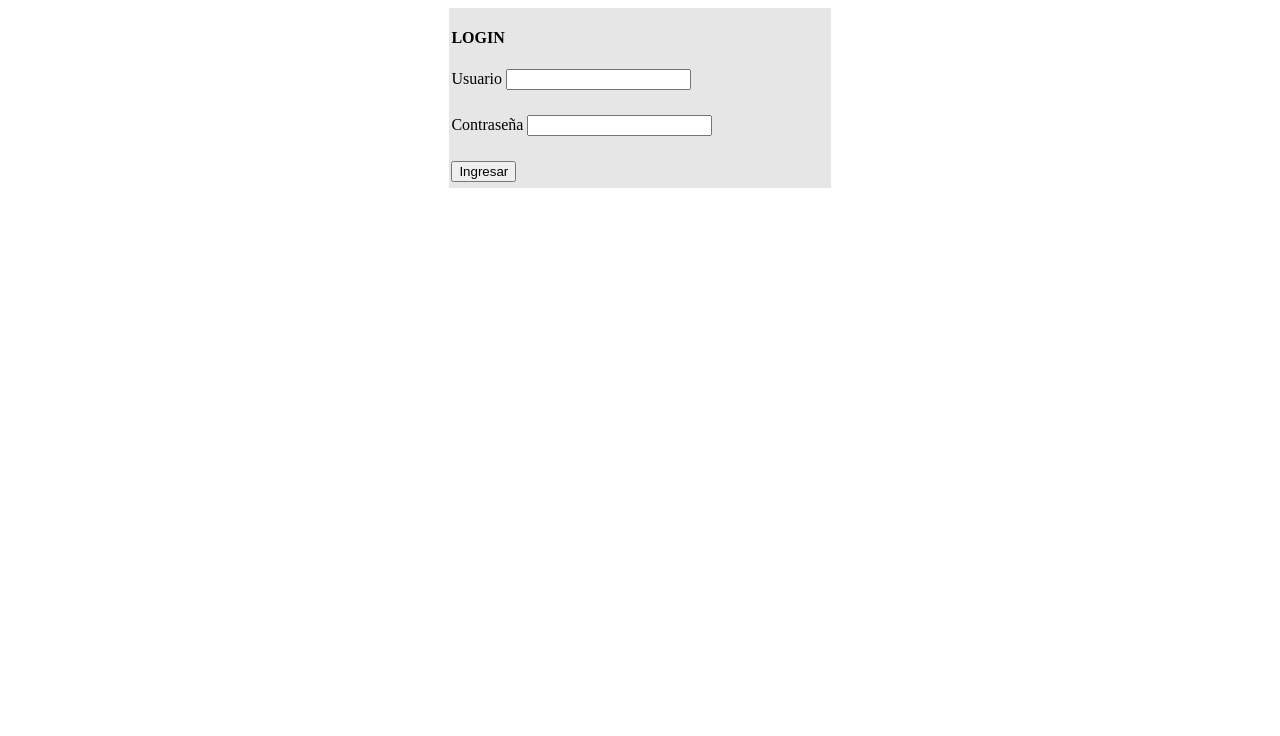
Repository: juanmondragonc/torre-project
Page: http://localhost/torre/login.jsp
The author's editor kept a copy of each file at every save. The page is drawn from the files as they stood at one save, then again after the next save.
The browser window is 1280 px wide. The pictures show the whole page.
The page is served by Tomcat 9. Other server files are loaded and not shown.

Above is the page before, as saved 2022-08-10 20:38:08.

### torre/src/main/webapp/login.jsp
<%@ page language="java" contentType="text/html; charset=ISO-8859-1"
    pageEncoding="ISO-8859-1"%>
<!DOCTYPE html>
<html>
<head>
<meta charset="ISO-8859-1">
<link rel="stylesheet" href="css/style.css">
<title>Insert title here</title>
</head>
<body>
	<div class="container">
		<div class="section-login">
			<form method="post" action="login">
				<h4>LOGIN</h4>
				<div class="form-group">
					<label for="username">Usuario</label>
					<input id="username" name="username" type="text"/>
				</div>
				<div class="form-group">
					<label for="password">Contraseña</label>
					<input id="password" name="password" type="password"/>
				</div>
				<input type="submit" value="Ingresar"/>
			</form>
		</div>
	</div>

</body>
</html>

### torre/src/main/webapp/css/style.css
 .container {
 	height: 100vh;
 	width: auto;
 	justify-content: center;
 	display: flex;
 }
 table, th, td {
	border: 1px solid black;
	border-collapse: collapse;
}
.form-group {
 	position: relative;
 	margin-bottom: 25px;
	overflow: hidden;
}
.section-login{
	padding-left: 2px;
	width: 30%;
	height:25vh;
	background-color: #e7e6e6;
}

After the next save:
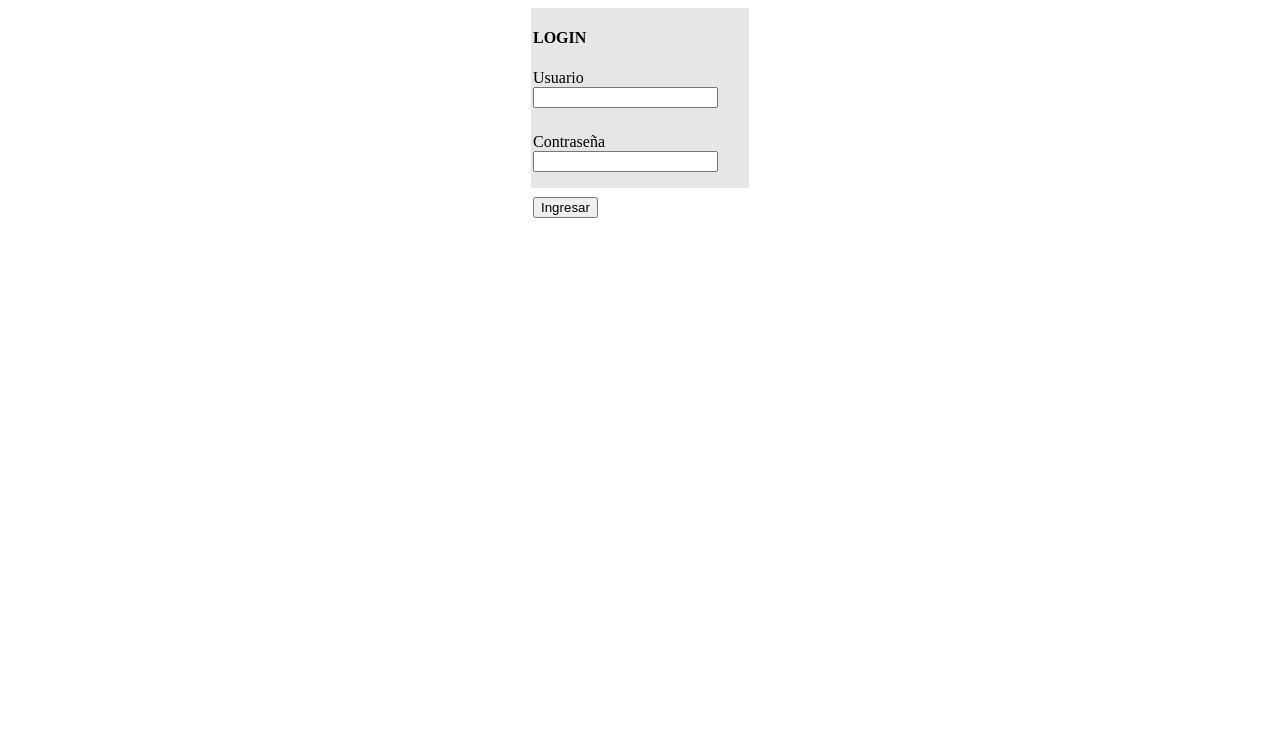
Saved 8 s later.
--- a/torre/src/main/webapp/css/style.css
+++ b/torre/src/main/webapp/css/style.css
@@ -15,7 +15,7 @@
 }
 .section-login{
 	padding-left: 2px;
-	width: 30%;
+	width: 30vh;
 	height:25vh;
 	background-color: #e7e6e6;
 }
